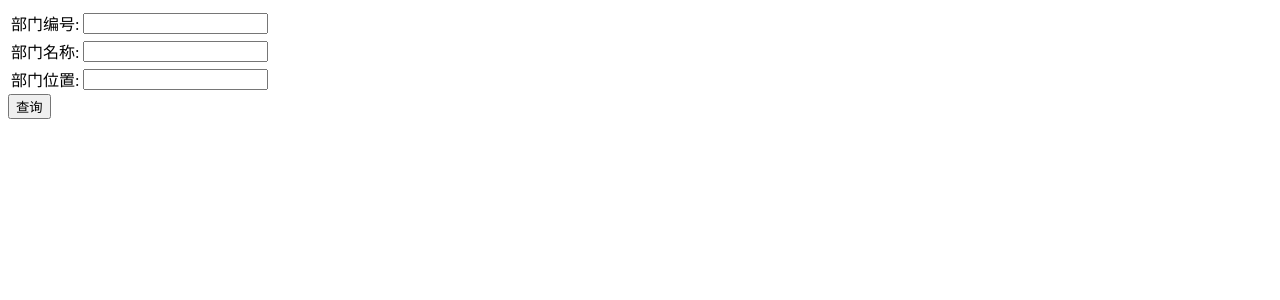
Repository: jianminghao/ssiProject
Page: http://localhost/myssiProject/dept2.jsp
An editor plug-in stored every save of this project. The page is shown before and after the next save, followed by the edit.
The browser window is 1280 px wide. The pictures show the whole page.
The page is served by Tomcat 9. Other server files are loaded and not shown.

Above is the page before, as saved 2020-03-04 12:34:46.

### myssiProject/WebContent/dept2.jsp
<%@ page language="java" contentType="text/html; charset=UTF-8"
    pageEncoding="UTF-8"%>
<!DOCTYPE html>
<%@page import="java.util.List"%>
<%@page import="java.util.ArrayList"%>
<%@page import="myssiProject.com.hao.detp.vo.DeptInfo"%>


<html>
<head>
<meta charset="UTF-8">
<title>Insert title here</title>
<SCRIPT src="resource/jquery/jquery.js" type=text/javascript></SCRIPT>

	<script type="text/javascript">

	var locationPath = "localhost:8080/myssiProject";
	/* var locationPath = "localhost:8080/myssiProject/dept.do?method=";
	 $("div").delegate("click",function(){
		 debugger;
			var opt = $(this).value();
			switch(opt) {
		     case '1':
		    	 locationPath += 'insert';
		        break;
		     case '2':
		    	 locationPath += 'delete';
		        break;
		     case '3':
		    	 locationPath += 'update';
		        break;
		     default:
		    	 locationPath += 'list';
			}
			var deptNo =  document.getElementById("deptNo").value;
	    	var dName =  document.getElementById("dName").value;
	    	var loc =  document.getElementById("loc").value;
			document.all.dept.action=locationPath +"&deptInfo.deptNo="+deptNo +"&deptInfo.dName="+dName +"&deptInfo.loc="+loc;
			document.all.dept.submit();
		  }); */
	/* $('.btn').click(function() {
		debugger;
		var opt = $(this).value();
		switch(opt) {
	     case '1':
	    	 locationPath += 'insert';
	        break;
	     case '2':
	    	 locationPath += 'delete';
	        break;
	     case '3':
	    	 locationPath += 'update';
	        break;
	     default:
	    	 locationPath += 'list';
		}
		var deptNo =  document.getElementById("deptNo").value;
    	var dName =  document.getElementById("dName").value;
    	var loc =  document.getElementById("loc").value;
		document.all.dept.action=locationPath +"&deptInfo.deptNo="+deptNo +"&deptInfo.dName="+dName +"&deptInfo.loc="+loc;
		document.all.dept.submit();
	});
	 */
	//定义Action的URL
    insert = function (){
		debugger;
    	var deptNo =  document.getElementById("deptNo").value;
    	var dName =  document.getElementById("dName").value;
    	var loc =  document.getElementById("loc").value;
		document.all.dept.action=locationPath+"/dept.do?method=insert"
									+"&deptNo="+deptNo
									+"&dName="+dName
									+"&loc="+loc;
		document.all.dept.submit();
	}
    function deleteInfo(){
		debugger;
    	var deptNo =  document.getElementById("deptNo").value;
    	var dName =  document.getElementById("dName").value;
    	var loc =  document.getElementById("loc").value;
		document.all.dept.action=locationPath+"/dept.do?method=delete"
									+"&deptNo="+deptNo
									+"&dName="+dName
									+"&loc="+loc;
		document.all.dept.submit();
	}
    function update(){
		debugger;
    	var deptNo =  document.getElementById("deptNo").value;
    	var dName =  document.getElementById("dName").value;
    	var loc =  document.getElementById("loc").value;
		document.all.dept.action=locationPath+"/dept.do?method=update"
									+"&deptNo="+deptNo
									+"&dName="+dName
									+"&loc="+loc;
		document.all.dept.submit();
	}
    function query(){
		debugger;
    	var deptNo =  document.getElementById("deptNo").value;
    	var dName =  document.getElementById("dName").value;
    	var loc =  document.getElementById("loc").value;
		document.all.dept.action=locationPath+"/dept.do?method=list"
									+"&deptNo="+deptNo
									+"&dName="+dName
									+"&loc="+loc;
		document.all.dept.submit();
	}

	</script>
</head>
<body>
	<form id="dept" name ="dept"  method="post" action="dept.do" >
	<!-- <form action="dept.do"  method="post" focus="dept"> -->
		<table>
			<tr>
				<td>部门编号:  </td>
				 <td><input type="text" id="deptNo" name="deptInfo.deptNo"></td>
			</tr>
			<tr>
				<td>部门名称:  </td>
				 <td><input type="text" id="dName" name="deptInfo.dName"></td>
			</tr>
			<tr>
				<td>部门位置:  </td>
				 <td><input type="text" id="loc" name="deptInfo.loc"></td>
			</tr>
		</table>
		<input type="submit" value="查询">
	<!-- <div>
		<button class="btn" name="insert" value="1">
			新增
		</button>
		<button class="btn" name="delete" value="2">
			删除
		</button>
		<button class="btn" name="update" value="3">
			修改
		</button>
		<button class="btn" name="query" value="4">
			查询
		</button>
	</div> -->
		<!-- <button class="btn" name="insert" onclick="insert()">
			<span>新增</span>
		</button>
		<button class="btn" name="delete" onclick="deleteInfo()">
			<span>删除</span>
		</button>
		<button class="btn" name="update" onclick="update()">
			<span>修改</span>
		</button>
		<button class="btn" name="query" onclick="query()">
			<span>查询</span>
		</button> -->
	</form>
</body>
</html>

Loaded but not shown: myssiProject/WebContent/resource/jquery/jquery.js (library)

After the next save:
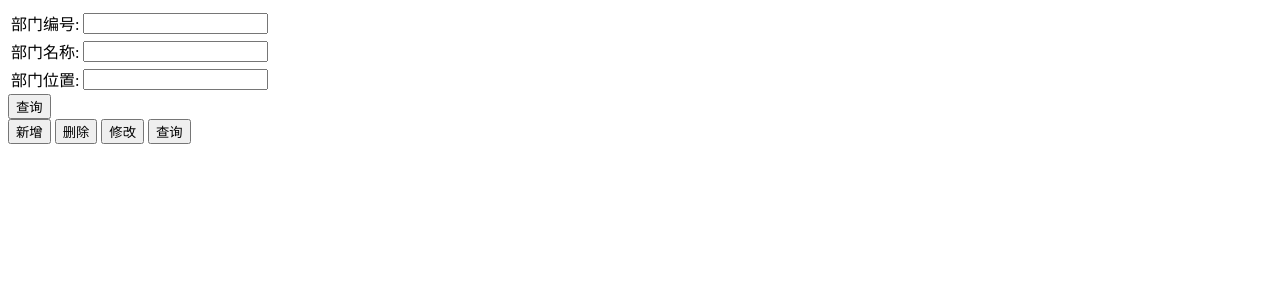
Saved 14 s later.
--- a/myssiProject/WebContent/dept2.jsp
+++ b/myssiProject/WebContent/dept2.jsp
@@ -127,7 +127,7 @@
 			</tr>
 		</table>
 		<input type="submit" value="查询">
-	<!-- <div>
+	<div>
 		<button class="btn" name="insert" value="1">
 			新增
 		</button>
@@ -140,7 +140,7 @@
 		<button class="btn" name="query" value="4">
 			查询
 		</button>
-	</div> -->
+	</div>
 		<!-- <button class="btn" name="insert" onclick="insert()">
 			<span>新增</span>
 		</button>
